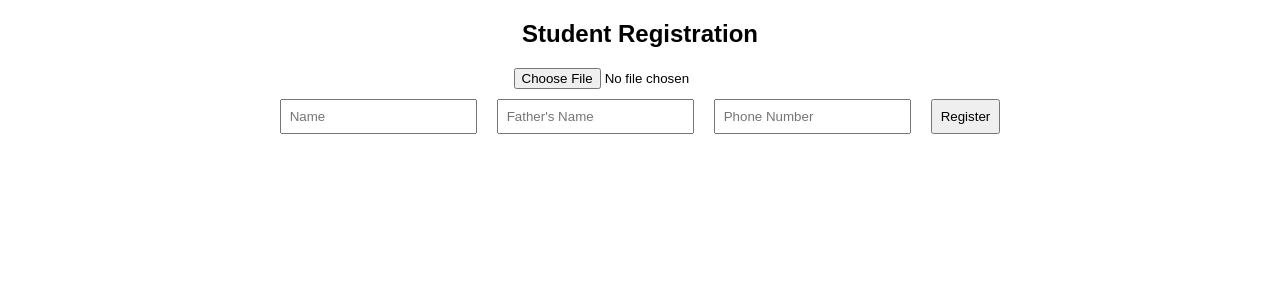
Repository: pripriya09/StudentID-Card-Download
Page: / (app in frontend/)
These files come from the project's save history. The page is drawn as it stood at one moment and after the next save; the edit follows.
The browser window is 1280 px wide. The pictures show the whole page.
The project was rebuilt for these pictures with package versions that can differ from the ones it lists, and the page was loaded fresh each time. Also part of the build but not shown: frontend/vite.config.js.

Above is the page before, as saved 2025-01-07 11:58:51.

After the next save:
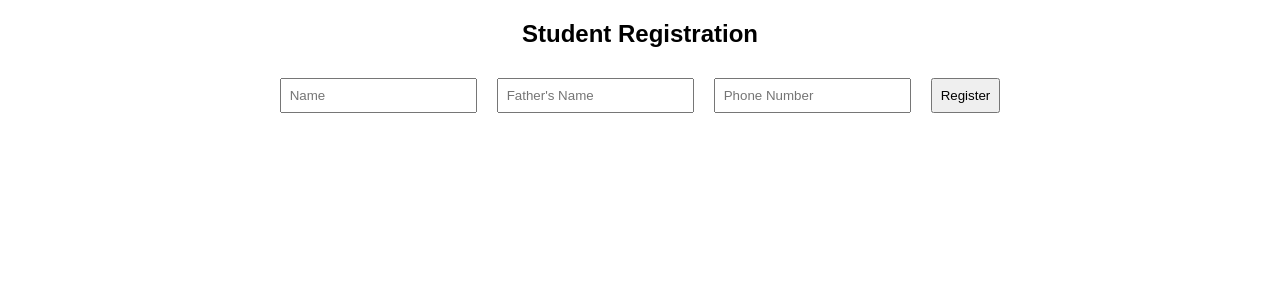
Saved 2 min 17 s later.
--- a/frontend/src/Form.jsx
+++ b/frontend/src/Form.jsx
@@ -125,13 +125,6 @@ const Form = () => {
   return (
     <div className="App">
       <h2>Student Registration</h2>
-<div className="leftside">
-<input type="file"
-  name="image"
-  accept="image/*"
-  onChange={handleChange}
-/>
-</div>
 
       <form onSubmit={handleSubmit}>
         <input
